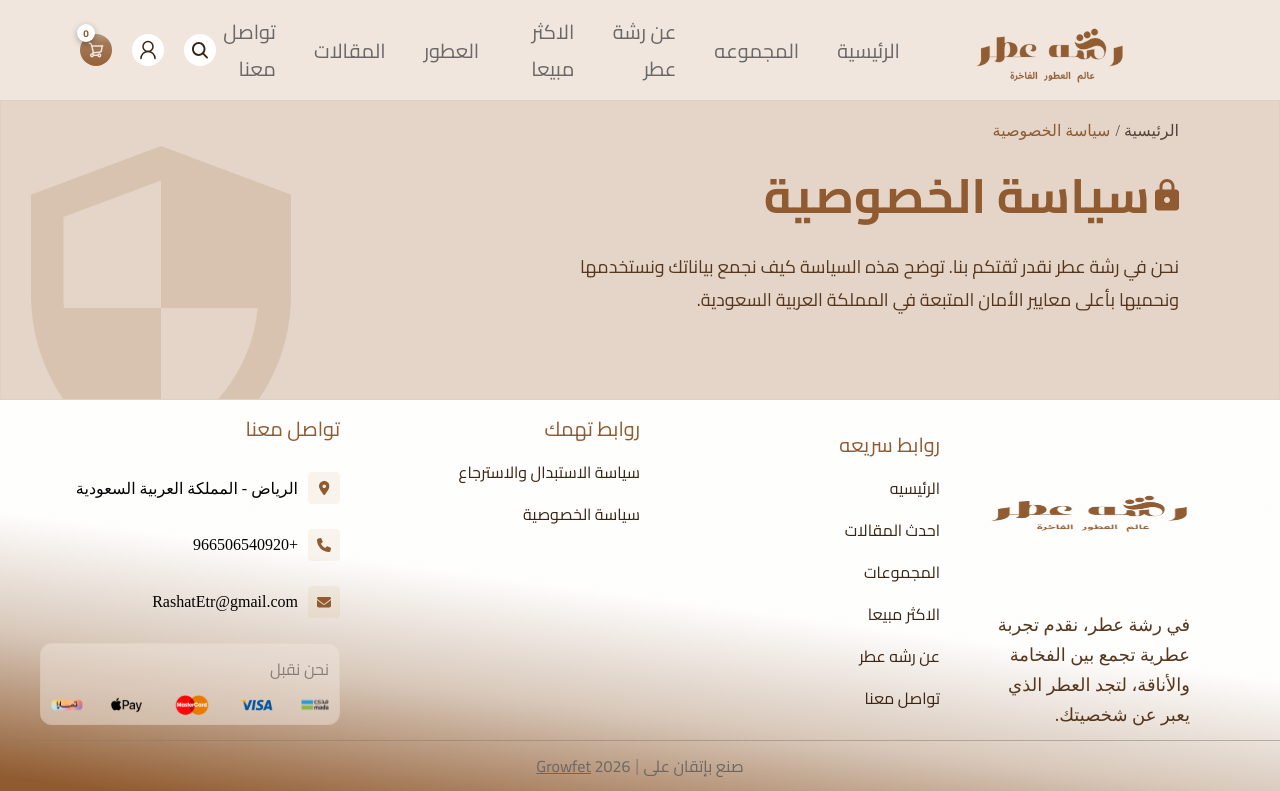
Repository: mahmoudesh74/rashet-3tr
Page: /PrivacyPolicyPage
An editor plug-in stored every save of this project. The page is shown before and after the next save, followed by the edit.
The browser window is 1280 px wide. The pictures show the whole page.
Some web fonts or font styles are not loaded; a fallback is used. The project was rebuilt for these pictures with package versions that can differ from the ones it lists, and the page was loaded fresh each time. Also part of the build but not shown: vite.config.js, src/App.css, src/components/HeaderSection/Header.css, src/components/HeaderSection/Header.jsx, src/components/GroupSection/GroupSection.css, src/components/GroupSection/GroupSection.jsx, src/components/AboutSection/AboutSection.css, src/components/AboutSection/AboutSection.jsx and 17 more. Imported but missing from the stored project, and not drawn on this page: src/assets/vedio.mp4.

Above is the page before, as saved 2026-09-23 11:23:51.

After the next save:
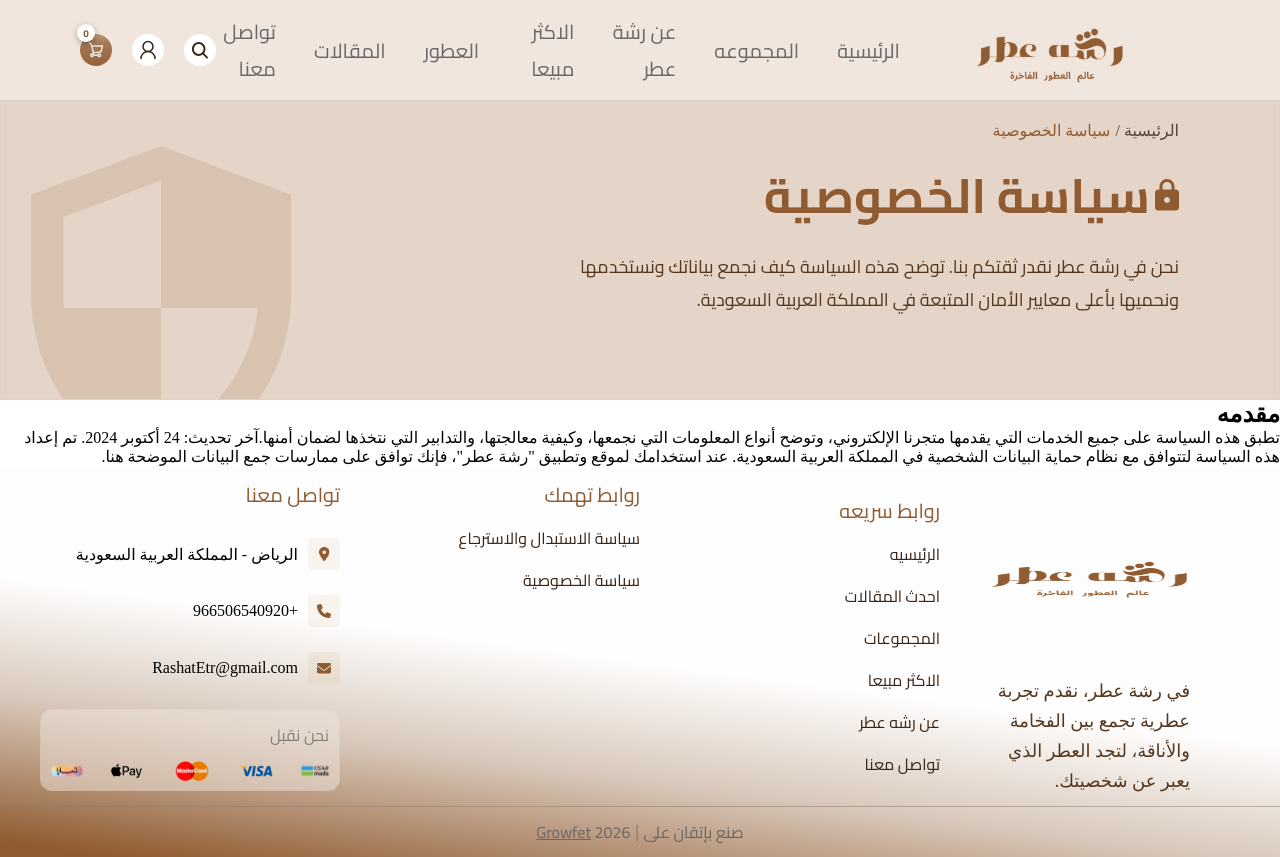
Saved 91 s later.
--- a/src/pages/PrivacyPolicy/privacyPolicy.jsx
+++ b/src/pages/PrivacyPolicy/privacyPolicy.jsx
@@ -20,6 +20,13 @@ export default function PrivacyPolicyPage() {
       </div>
       <img src={privacy} alt="" className="headerShieldImg" />
     </div>
+    <div className="introSection">
+      <h2>مقدمه</h2>
+      <p>
+        تطبق هذه السياسة على جميع الخدمات التي يقدمها متجرنا الإلكتروني، وتوضح أنواع المعلومات التي نجمعها، وكيفية معالجتها، والتدابير التي نتخذها لضمان أمنها.آخر تحديث: 24 أكتوبر 2024. تم إعداد هذه السياسة لتتوافق مع نظام حماية البيانات الشخصية في المملكة العربية السعودية.
+عند استخدامك لموقع وتطبيق "رشة عطر"، فإنك توافق على ممارسات جمع البيانات الموضحة هنا.
+      </p>
+    </div>
     </div>
   );
 }
